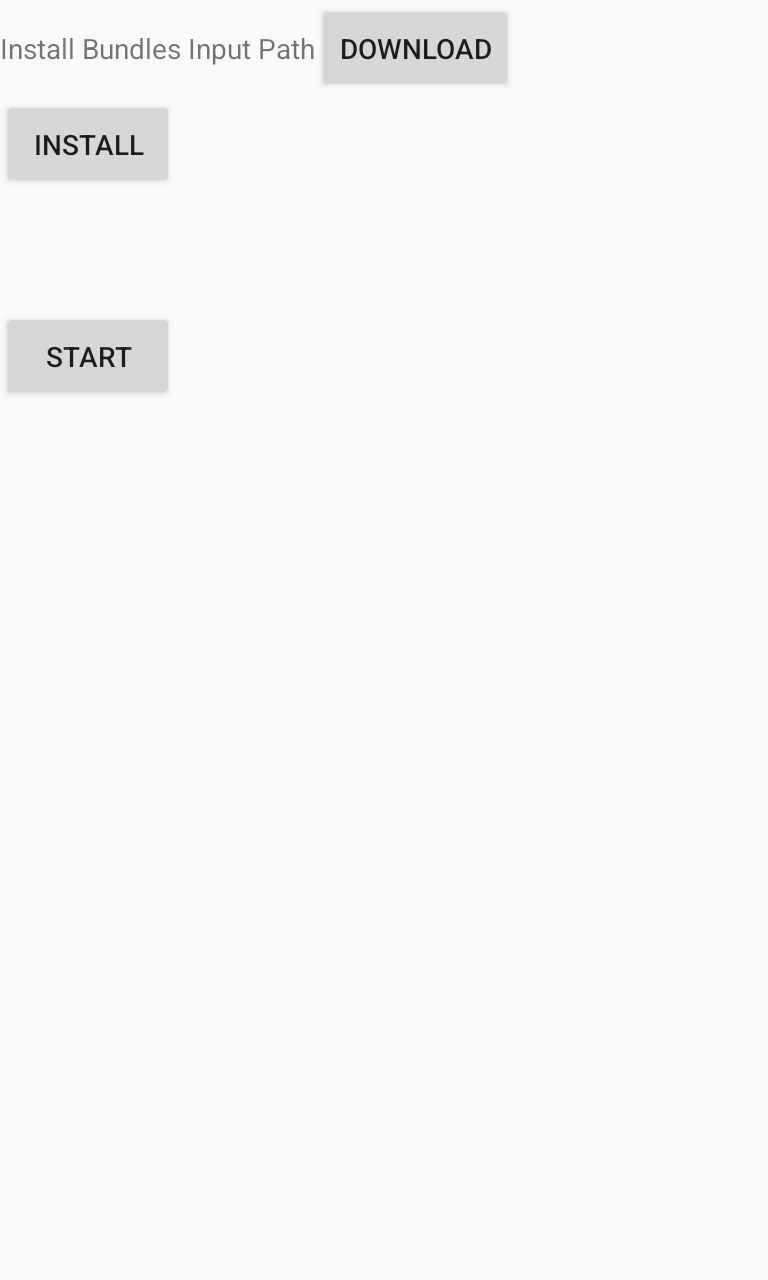
Repository: theodosiac/gyroscope_Rest_Android
Layout: HelloFelix/res/layout/activity_main.xml
The author's editor kept a copy of each file at every save. The layout is drawn from the files as they stood at one save, then again after the next save.
It is drawn on a 768 x 1280 px phone screen (xhdpi) without system bars, with theme AppTheme; the app's code is not run.

Above is the layout before, as saved 2015-03-25 18:55:18.

After the next save:
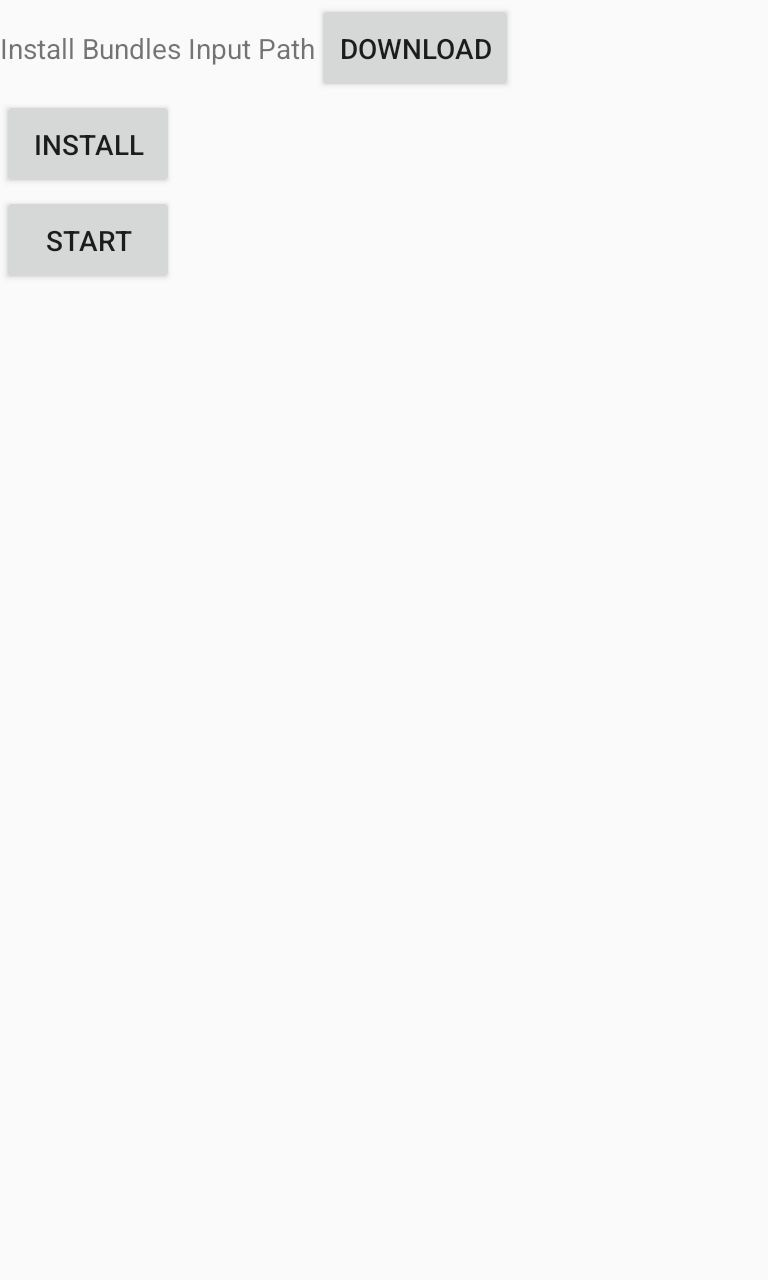
Saved 85 s later.
--- a/HelloFelix/res/layout/activity_main.xml
+++ b/HelloFelix/res/layout/activity_main.xml
@@ -44,7 +44,6 @@
 		        android:id="@+id/button4"
 		        android:layout_width="wrap_content"
 		        android:layout_height="wrap_content"
-		        android:layout_marginTop="58dp"
 		        android:onClick="StartBundles"
 		        android:text="Start" />
 		</LinearLayout>
@@ -57,14 +56,12 @@
 		        android:id="@+id/button1"
 		        android:layout_width="wrap_content"
 		        android:layout_height="wrap_content"
-		        android:layout_marginTop="41dp"
 		        android:onClick="displayData"
 		        android:text="@string/button_displayData" />
 		 <Button
 		        android:id="@+id/button3"
 		        android:layout_width="wrap_content"
 		        android:layout_height="wrap_content"
-		        android:layout_marginTop="14dp"
 		        android:onClick="displayLog"
 		        android:text="@string/button_displayLog" />
 	   </LinearLayout>
